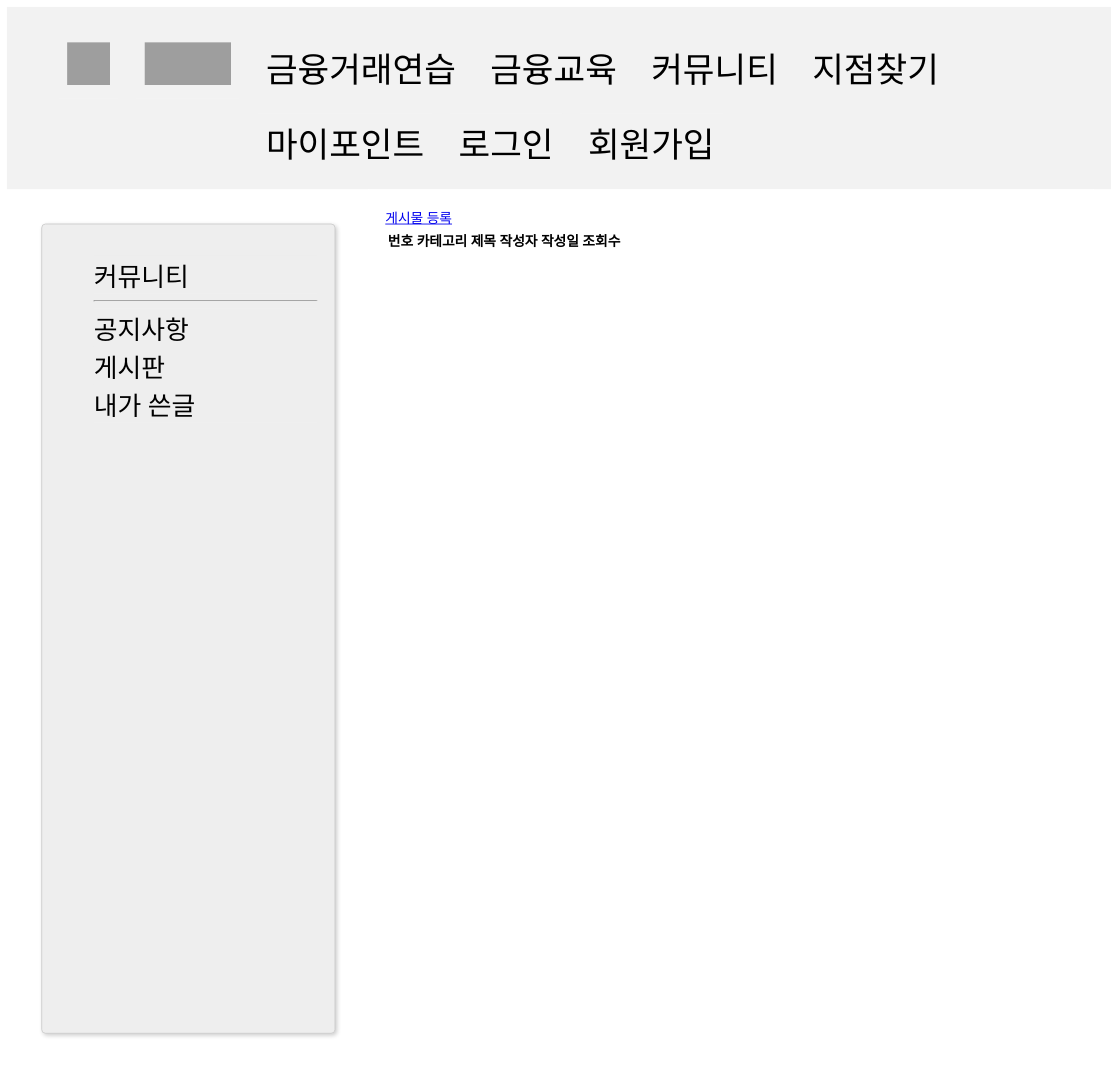
Repository: syc98syc/KB04_TeamProject
Page: http://localhost/jgig/WEB-INF/jsp/board/list.jsp
An editor plug-in stored every save of this project. The page is shown before and after the next save, followed by the edit.
The browser window is 1280 px wide. The page is 1292 px wide, so the pictures cover 1292 px, including what lies to the right of the window. The pictures show the whole page, at 86% of full size.
Pictures or frames that could not be fetched are drawn as grey boxes. Some web fonts or font styles are not loaded; a fallback is used. The page is served by Tomcat 9. Nobody is signed in. The template is opened directly, without the code that normally fills it, so the values that code supplies are empty.

Above is the page before, as saved 2023-09-06 05:52:55.

After the next save:
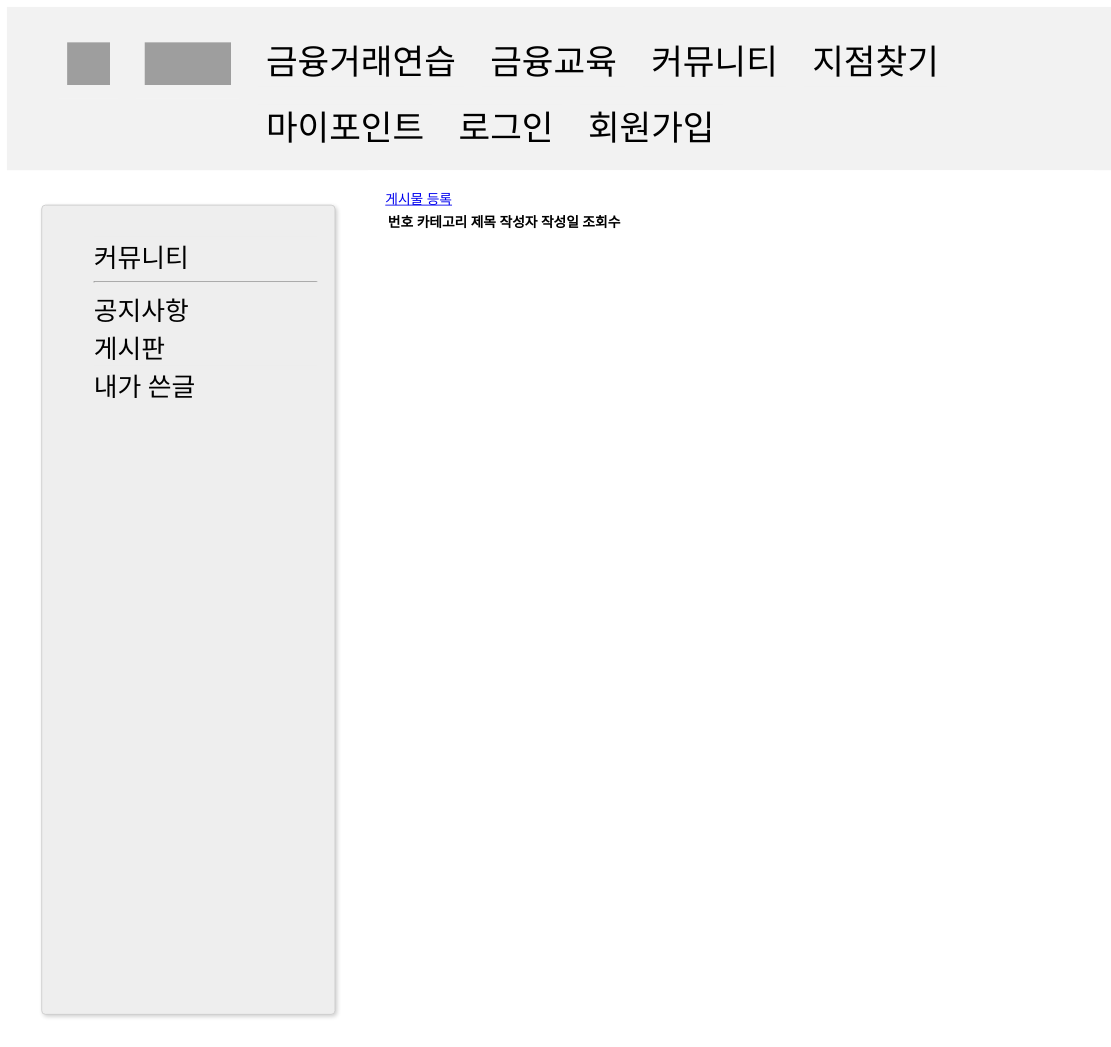
Saved 75 s later.
--- a/jgig/src/main/webapp/WEB-INF/jsp/include/top_navbar.jsp
+++ b/jgig/src/main/webapp/WEB-INF/jsp/include/top_navbar.jsp
@@ -46,6 +46,10 @@
 		font-size: 40px;
 		margin: 10px;
 	}
+
+	#top-menu li a{
+		line-height: 10px;
+	}
 </style>
 </head>
 <body>
